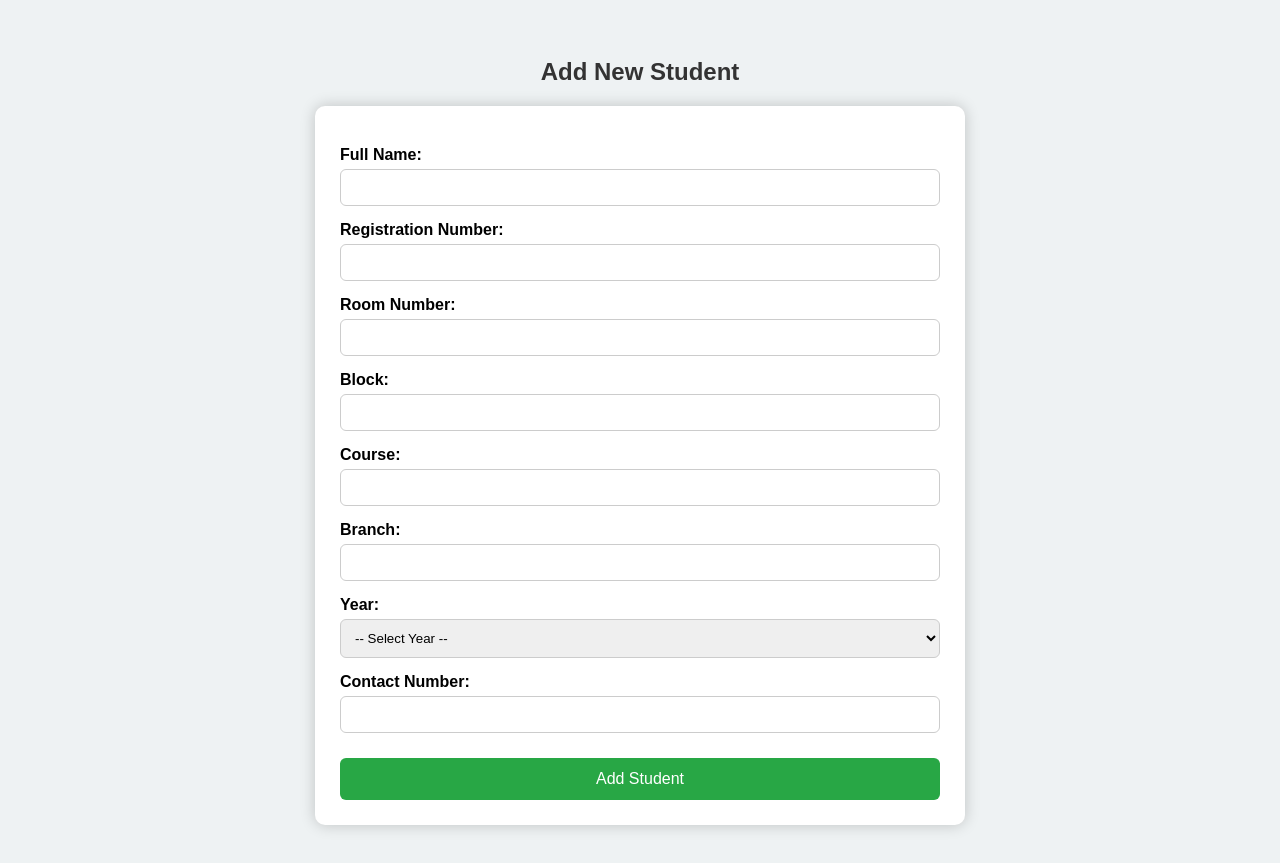
Repository: Adhyashetty-bit/Hostel-Management-System
Page: http://localhost/HostelWebApp/studentadd.jsp
The author's editor kept a copy of each file at every save. The page is drawn from the files as they stood at one save, then again after the next save.
The browser window is 1280 px wide. The pictures show the whole page.
The page is served by Tomcat 9.

Above is the page before, as saved 2025-05-27 06:36:29.

After the next save:
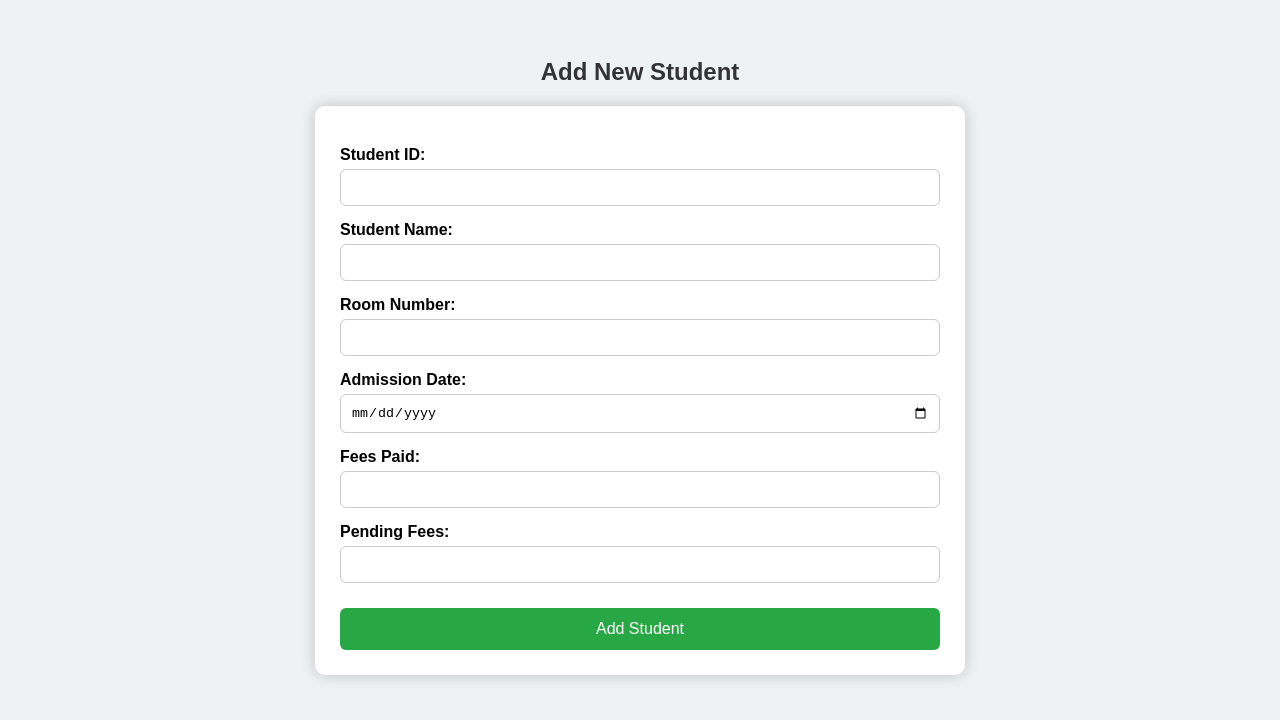
Saved 76 s later.
--- a/HostelWebApp/src/main/webapp/studentadd.jsp
+++ b/HostelWebApp/src/main/webapp/studentadd.jsp
@@ -1,6 +1,5 @@
 <%@ page language="java" contentType="text/html; charset=UTF-8"
     pageEncoding="UTF-8"%>
-<%@ page import="java.util.*" %>
 <!DOCTYPE html>
 <html>
 <head>
@@ -29,7 +28,7 @@
             margin-top: 15px;
             font-weight: bold;
         }
-        input[type="text"], input[type="number"], select {
+        input[type="text"], input[type="number"], input[type="date"] {
             width: 100%;
             padding: 10px;
             margin-top: 5px;
@@ -51,41 +50,46 @@
         input[type="submit"]:hover {
             background-color: #218838;
         }
+        .message {
+            text-align: center;
+            margin-top: 15px;
+            font-weight: bold;
+            color: green;
+        }
+        .error {
+            text-align: center;
+            margin-top: 15px;
+            font-weight: bold;
+            color: red;
+        }
     </style>
 </head>
 <body>
     <h2>Add New Student</h2>
     <div class="form-container">
+        <!-- Show success or error messages -->
+        <c:if test="${not empty message}">
+            <div class="${message.startsWith('Error') ? 'error' : 'message'}">${message}</div>
+        </c:if>
+
         <form action="StudentAddServlet" method="post">
-            <label for="name">Full Name:</label>
-            <input type="text" id="name" name="name" required>
+            <label for="studentID">Student ID:</label>
+            <input type="number" id="studentID" name="studentID" required>
 
-            <label for="regno">Registration Number:</label>
-            <input type="text" id="regno" name="regno" required>
+            <label for="studentName">Student Name:</label>
+            <input type="text" id="studentName" name="studentName" required>
 
-            <label for="roomno">Room Number:</label>
-            <input type="text" id="roomno" name="roomno" required>
+            <label for="roomNumber">Room Number:</label>
+            <input type="text" id="roomNumber" name="roomNumber" required>
 
-            <label for="block">Block:</label>
-            <input type="text" id="block" name="block" required>
+            <label for="admissionDate">Admission Date:</label>
+            <input type="date" id="admissionDate" name="admissionDate" required>
 
-            <label for="course">Course:</label>
-            <input type="text" id="course" name="course" required>
+            <label for="feesPaid">Fees Paid:</label>
+            <input type="number" step="0.01" id="feesPaid" name="feesPaid" required>
 
-            <label for="branch">Branch:</label>
-            <input type="text" id="branch" name="branch" required>
-
-            <label for="year">Year:</label>
-            <select id="year" name="year" required>
-                <option value="">-- Select Year --</option>
-                <option value="1st Year">1st Year</option>
-                <option value="2nd Year">2nd Year</option>
-                <option value="3rd Year">3rd Year</option>
-                <option value="4th Year">4th Year</option>
-            </select>
-
-            <label for="contact">Contact Number:</label>
-            <input type="text" id="contact" name="contact" required>
+            <label for="pendingFees">Pending Fees:</label>
+            <input type="number" step="0.01" id="pendingFees" name="pendingFees" required>
 
             <input type="submit" value="Add Student">
         </form>
